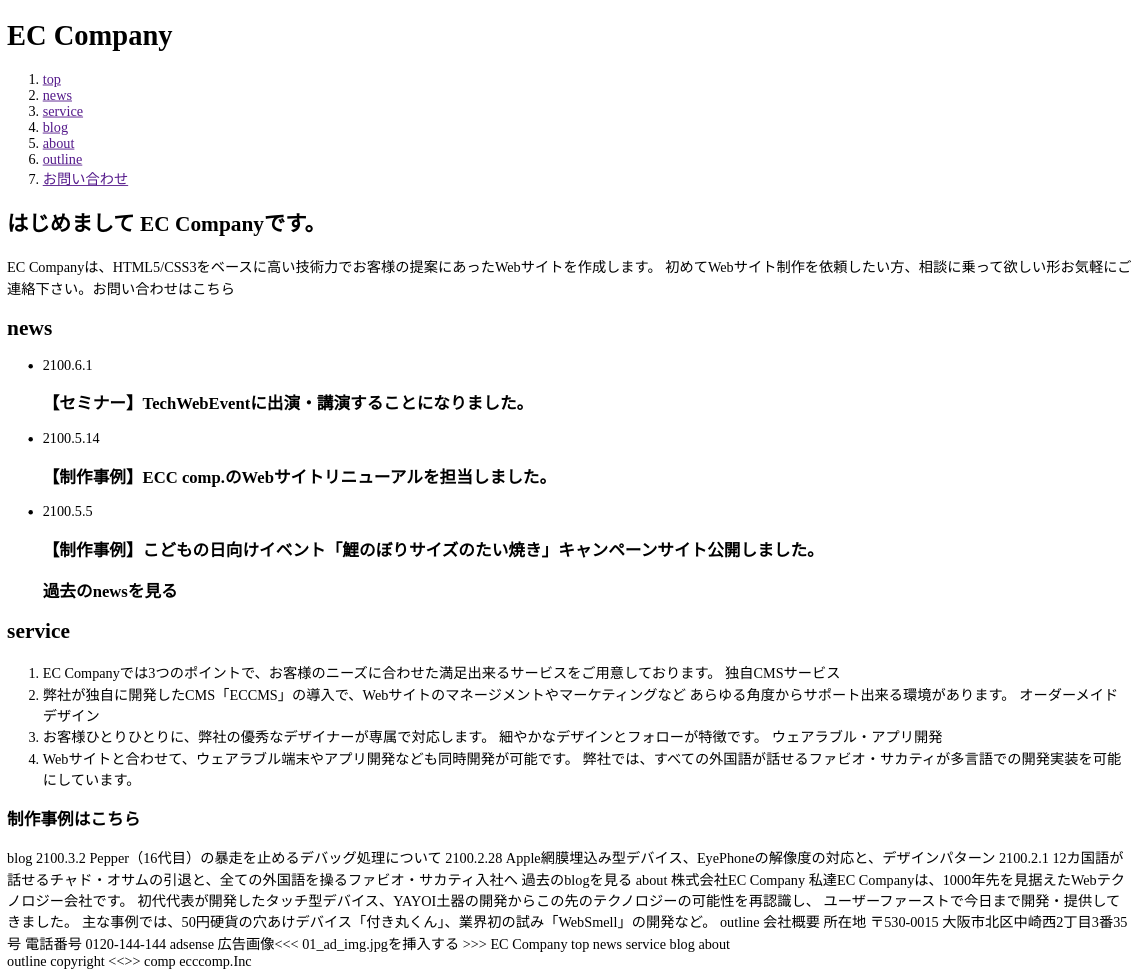
Repository: hsn320/html-practice
Page: html2/work01/work01.html
An editor plug-in stored every save of this project. The page is shown before and after the next save, followed by the edit.
The browser window is 1280 px wide. The pictures show the whole page, at 89% of full size.

Above is the page before, as saved 2025-10-01 22:51:47.

### html2/work01/work01.html
<!DOCTYPE html>
<html lang="en">
<head>
    <meta charset="UTF-8">
    <meta name="viewport" content="width=device-width, initial-scale=1.0">
    <title>EC Company</title>
</head>
<body>
    <header>
        <h1>EC Company</h1>
        <nav>
            <ol>
                <li><a href="">top</a></li>
                <li><a href="">news</a></li>
                <li><a href="">service</a></li>
                <li><a href="">blog</a></li>
                <li><a href="">about</a></li>
                <li><a href="">outline</a></li>
                <li><a href="">お問い合わせ</a></li>
            </ol>
        </nav>
    </header>
    <main>
    <section>
        <h2>はじめまして EC Companyです。</h2>
        <p>
            EC Companyは、HTML5/CSS3をベースに高い技術力でお客様の提案にあったWebサイトを作成します。
            初めてWebサイト制作を依頼したい方、相談に乗って欲しい形お気軽にご連絡下さい。お問い合わせはこちら
        </p>
    </section>
    <section>
        <h2>news</h2>
        <ul>
            <li>
                <article>
                    <time datetime="2100.6.1">2100.6.1</time>
                    <h3>【セミナー】TechWebEventに出演・講演することになりました。</h3>
                </article>
            </li>
            <li>
                <article>
                    <time datetime="2100.5.14">2100.5.14</time>
                    <h3>【制作事例】ECC comp.のWebサイトリニューアルを担当しました。</h3>
                </article>
            </li>
            <li>
                <article>
                    <time datetime="2100.5.5">2100.5.5</time>
                    <h3>【制作事例】こどもの日向けイベント「鯉のぼりサイズのたい焼き」キャンペーンサイト公開しました。</h3>
                </article>
            </li>
            <h3>過去のnewsを見る</h3>
        </ul>
    </section>
    <section>
        <h2>service</h2>
        <ol>
            <li>
                EC Companyでは3つのポイントで、お客様のニーズに合わせた満足出来るサービスをご用意しております。
                独自CMSサービス
            </li>
            <li>
                弊社が独自に開発したCMS「ECCMS」の導入で、Webサイトのマネージメントやマーケティングなど あらゆる角度からサポート出来る環境があります。
                オーダーメイドデザイン
            </li>
            <li>
                お客様ひとりひとりに、弊社の優秀なデザイナーが専属で対応します。 細やかなデザインとフォローが特徴です。
                ウェアラブル・アプリ開発
            </li>
            <li>Webサイトと合わせて、ウェアラブル端末やアプリ開発なども同時開発が可能です。
                弊社では、すべての外国語が話せるファビオ・サカティが多言語での開発実装を可能にしています。</li>
        </ol>
        <h3>制作事例はこちら</h3>
    </section>


    blog
    2100.3.2
    Pepper（16代目）の暴走を止めるデバッグ処理について
    2100.2.28
    Apple網膜埋込み型デバイス、EyePhoneの解像度の対応と、デザインパターン
    2100.2.1
    12カ国語が話せるチャド・オサムの引退と、全ての外国語を操るファビオ・サカティ入社へ

    過去のblogを見る

    about
    株式会社EC Company

    私達EC Companyは、1000年先を見据えたWebテクノロジー会社です。 初代代表が開発したタッチ型デバイス、YAYOI土器の開発からこの先のテクノロジーの可能性を再認識し、 ユーザーファーストで今日まで開発・提供してきました。 主な事例では、50円硬貨の穴あけデバイス「付き丸くん」、業界初の試み「WebSmell」の開発など。

    outline
    会社概要
    所在地
    〒530-0015 大阪市北区中崎西2丁目3番35号
    電話番号
    0120-144-144

    adsense
    広告画像<<< 01_ad_img.jpgを挿入する >>>

    EC Company
    top
    news
    service
    blog
    about
    </main>
outline

copyright <<<copyrightマークに差し替え>>> comp ecccomp.Inc
</body>
</html>

After the next save:
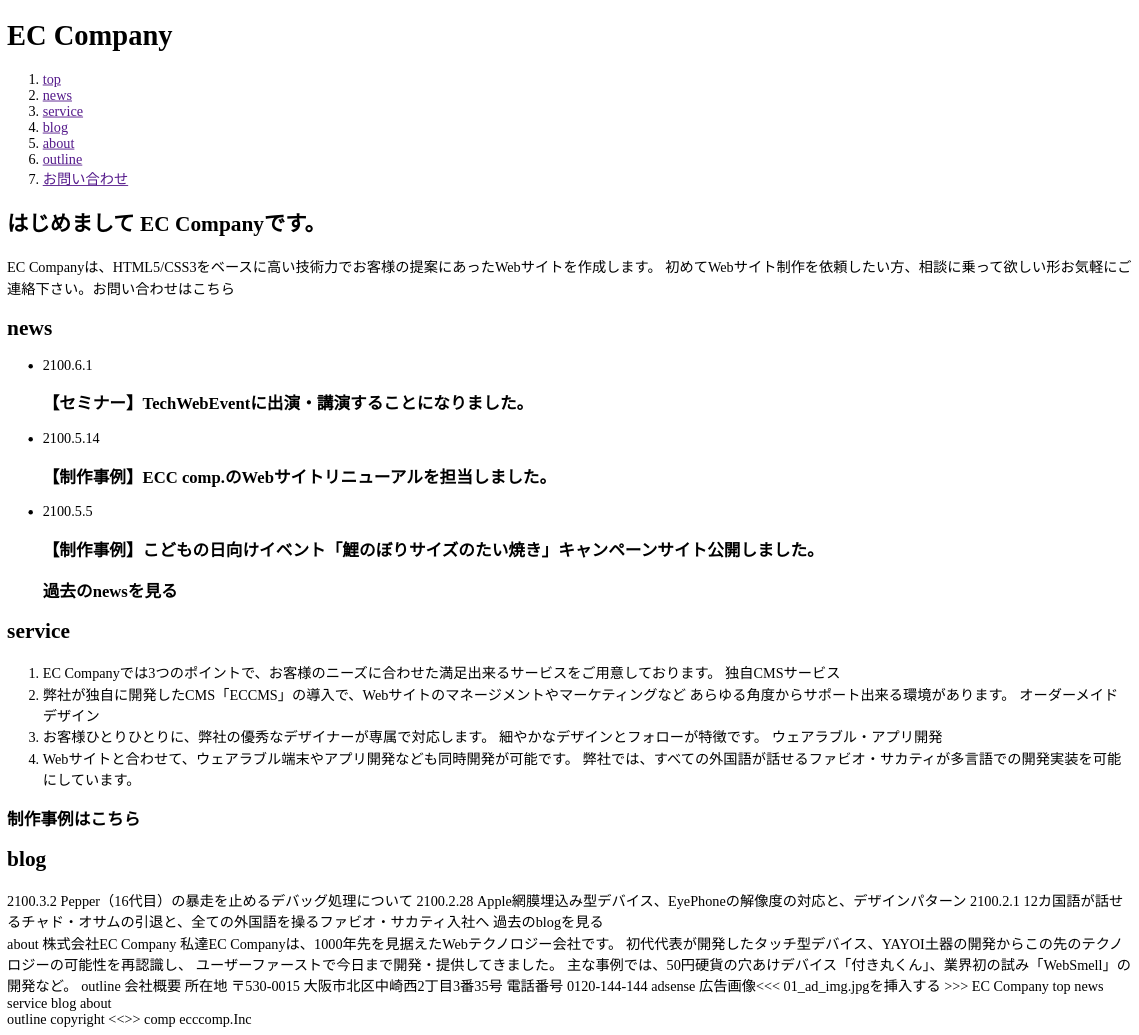
Saved 52 s later.
--- a/html2/work01/work01.html
+++ b/html2/work01/work01.html
@@ -74,16 +74,18 @@
     </section>
 
 
-    blog
-    2100.3.2
-    Pepper（16代目）の暴走を止めるデバッグ処理について
-    2100.2.28
-    Apple網膜埋込み型デバイス、EyePhoneの解像度の対応と、デザインパターン
-    2100.2.1
-    12カ国語が話せるチャド・オサムの引退と、全ての外国語を操るファビオ・サカティ入社へ
+    <section>
+        <h2>blog</h2>
+        2100.3.2
+        Pepper（16代目）の暴走を止めるデバッグ処理について
+        2100.2.28
+        Apple網膜埋込み型デバイス、EyePhoneの解像度の対応と、デザインパターン
+        2100.2.1
+        12カ国語が話せるチャド・オサムの引退と、全ての外国語を操るファビオ・サカティ入社へ
 
-    過去のblogを見る
+        過去のblogを見る
 
+    </section>
     about
     株式会社EC Company
 
